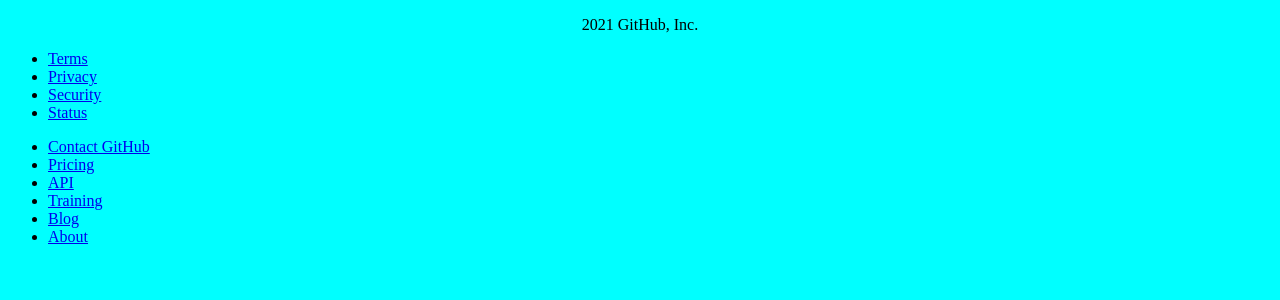
Repository: nss-evening-cohort-E23/gitsub-the-commit-commandos
Page: index.html
These files come from the project's save history. The page is drawn as it stood at one moment and after the next save; the edit follows.
The browser window is 1280 px wide. The pictures show the whole page.

Above is the page before, as saved 2023-05-08 20:31:33.

### index.html
<!DOCTYPE html>
<html lang="en">
<head>
  <meta charset="UTF-8">
  <meta http-equiv="X-UA-Compatible" content="IE=edge">
  <meta name="viewport" content="width=device-width, initial-scale=1.0">
  <title>Gitsub - Commit Commandos</title>
  <link rel="stylesheet" href="main.css">
</head>
<body>







  <footer>
    <div class="wrapper">
    <div class="copyright">
      <p>2021 GitHub, Inc.</p>
    </div>
    <div class="footerLinks">
      <ul>
        <li><a href="#">Terms</a>
        </li>
        <li><a href="#">Privacy</a>
        </li>
        <li><a href="#">Security</a>
        </li>
        <li><a href="#">Status</a>
        </li>
      </ul>

      <ul>
        <li><a href="#">Contact GitHub</a>
        </li>
        <li><a href="#">Pricing</a>
        </li>
        <li><a href="#">API</a>
        </li>
        <li><a href="#">Training</a>
        </li>
        <li><a href="#">Blog</a>
        </li>
        <li><a href="#">About</a>
        </li>
      </ul>
    </div>
    </div>

  </footer>

  <script src="main.js"></script>
</body>
</html>

### main.css
body{
  background-color: aqua;
}
.copyright {
  text-align: center;
}

Loaded but not shown: main.js (empty)

After the next save:
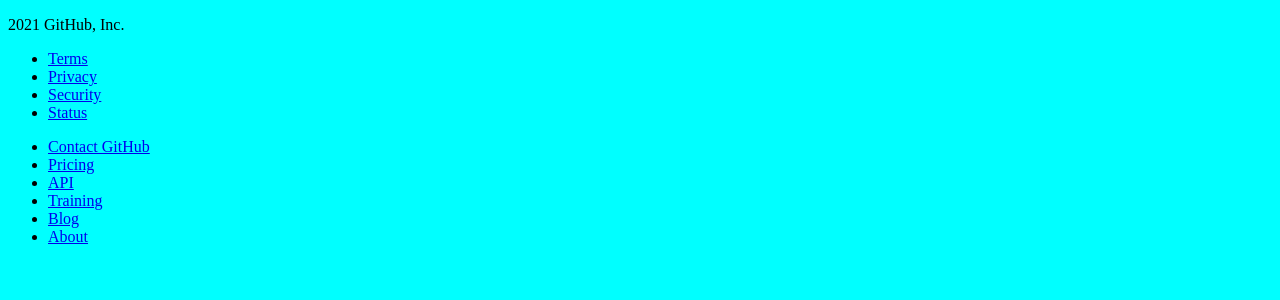
Saved 34 s later.
--- a/main.css
+++ b/main.css
@@ -1,6 +1,6 @@
 body{
   background-color: aqua;
 }
-.copyright {
+/* .copyright {
   text-align: center;
-}
+} */
